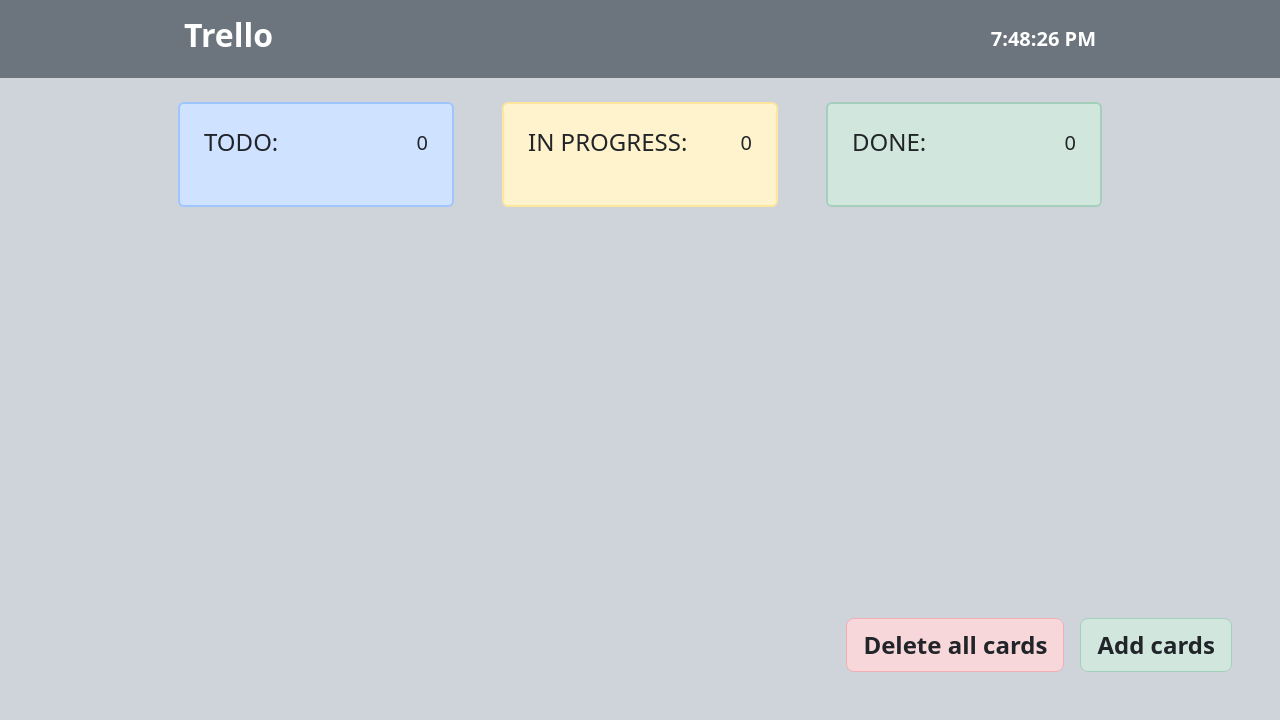
Repository: Valeria154/trello-app-clone
Page: / (app in trello-app-project/)
An editor plug-in stored every save of this project. The page is shown before and after the next save, followed by the edit.
The browser window is 1280 px wide. The pictures show the whole page.
After loading, the first visible `#addCardBtn` was clicked once.
The project was rebuilt for these pictures with package versions that can differ from the ones it lists, and the page was loaded fresh each time. Also part of the build but not shown: trello-app-project/vite.config.js.

Above is the page before, as saved 2025-03-15 20:15:35.
Console error: ReferenceError: toggleModal is not defined

### trello-app-project/src/index.html
<!doctype html>
<html lang="en">

<head>
	<meta charset="UTF-8" />
	<meta name="viewport" content="width=device-width, initial-scale=1.0" />
	<title>Trello</title>
	<script type="module" src="./main.js"></script>
</head>

<body class="bg-dark-subtle">
	<header class="bg-secondary p-3">
		<div class="container d-flex justify-content-between align-items-center mx-autox w-75">
			<h1 class="fs-2 fw-bold text-white">Trello</h1>
			<div class="fs-5 fw-semibold text-white" id="clock"></div>
		</div>
	</header>
	<main class="p-4">
		<div class="container text-center w-75">
			<div class="row align-items-start mb-6 gap-5">
				<!-- TODO -->
				<div class="col border border-primary-subtle border-2 rounded-2 text-dark p-4 bg-primary-subtle">
					<div class="d-flex justify-content-between mb-3">
						<h4>TODO:</h4>
						<div id="todoCount" class="fs-5">0</div>
					</div>
					<div id="todo"></div>
				</div>
				<!-- In progress -->
				<div class="col border border-warning-subtle border-2 rounded-2 text-dark p-4 bg-warning-subtle">
					<div class="d-flex justify-content-between mb-3">
						<h4>IN PROGRESS:</h4>
						<div id="progressCount " class="fs-5">0</div>
					</div>
					<div id="progress"></div>
				</div>
				<!-- Done -->
				<div class="col border border-success-subtle border-2 rounded-2 text-dark p-4 bg-success-subtle">
					<div class="d-flex justify-content-between mb-3">
						<h4>DONE:</h4>
						<div id="doneCount" class="fs-5">0</div>
					</div>
					<div id="done"></div>
				</div>
			</div>
			<div class="d-grid gap-2 d-md-flex justify-content-md-end position-fixed bottom-0 end-0 p-5">
				<button class="btn btn-lg bg-danger-subtle border-danger-subtle me-md-2 fs-4 fw-semibold" type="button"
					id="deleteAllBtn">Delete all
					cards</button>
				<button id="addCardBtn" class="btn btn-lg bg-success-subtle border-success-subtle fs-4 fw-semibold"
					type="button">Add
					cards</button>
			</div>
			<!-- Modal form -->
			<div id="modalFormContainer" class="d-flex justify-content-center align-items-center">
				<!-- <form class="p-4 border rounded bg-light text-start fw-semibold w-50 position-relative">
					<div class="mb-3">
						<label for="titile" class="form-label fs-5">Title</label>
						<input type="text" class="form-control" id="title" placeholder="Enter todo...">
					</div>
					<div class="mb-3">
						<label for="description" class="form-label fs-5">Description</label>
						<textarea class="form-control p-2 rounded-3" id="description" rows="6"
							placeholder="Write description"></textarea>
					</div>
					<div class="mb-3">
						<label for="user" class="form-label fs-5">User </label>
						<select id="user" class="form-select">
							<option selected value="">Choose user</option>
							<option value="Amelia">Amelia</option>
							<option value="Mary">Mary</option>
							<option value="Thomas">Thomas</option>
							<option value="Harry">Harry</option>
							<option value="Susan">Susan</option>
						</select>
					</div>
					<button type="submit" class="btn btn-primary bg-secondary bg-gradient border-secondary">Add card
						TODO</button>
					<button type="button" class="btn-close position-absolute top-0 end-0 me-4 mt-4"
						aria-label="close"></button>
				</form>
			</div> -->
			</div>
	</main>

</body>

</html>

### trello-app-project/src/main.js
import './style.scss'
// import javascriptLogo from './javascript.svg'
// import viteLogo from '/vite.svg'

const clockElement = document.querySelector('#clock')
const addCardElement = document.querySelector('#addCardBtn')
const modalFormElement = document.querySelector('#modalFormContainer')

//функция, которая отражает часы
function showClock() {
	clockElement.textContent = new Date().toLocaleTimeString()
}
setInterval(showClock, 1000)
showClock()

//открытие модального окна
addCardElement.addEventListener('click', handleClickButtonAddCard)

function handleClickButtonAddCard() {
	toggleModal(modalFormElement)
	modalFormElement.innerHTML = buildModalForm()
}

function buildModalForm() {
	return `
				<form class="p-4 border rounded bg-light text-start fw-semibold w-50 position-relative">
					<div class="mb-3">
						<label for="title" class="form-label fs-5">Title</label>
						<input type="text" class="form-control" id="title" placeholder="Enter todo...">
					</div>
					<div class="mb-3">
						<label for="description" class="form-label fs-5">Description</label>
						<textarea class="form-control p-2 rounded-3" id="description" rows="6"
							placeholder="Write description"></textarea>
					</div>
					<div class="mb-3">
						<label for="user" class="form-label fs-5">User </label>
						<select id="user" class="form-select">
							<option selected value="">Choose user</option>
							<option value="Amelia">Amelia</option>
							<option value="Mary">Mary</option>
							<option value="Thomas">Thomas</option>
							<option value="Harry">Harry</option>
							<option value="Susan">Susan</option>
						</select>
					</div>
					<button type="submit" class="btn btn-primary bg-secondary bg-gradient border-secondary">Add card TODO</button>
					<button type="button" class="btn-close position-absolute top-0 end-0 me-4 mt-4" aria-label="close"></button>
				</form>
	`

}

// function handleClickButtonAddTodo() {
// 	toggleModal(formModalElement)
// 	formElement.innerHTML = buildFormModal()
// }

// function buildFormModal() {
// 	return `
// 			  <div class="mb-6 flex flex-col gap-4">
// 					<div class="">
// 						 <label for="title" class="mb-2 block text-sm font-medium text-gray-900"
// 							  >Title</label
// 						 >
// 						 <input
// 							  type="text"
// 							  name="title"
// 							  id="title"
// 							  class="focus:ring-primary-600 focus:border-primary-600 block w-full rounded-lg border border-gray-300 bg-gray-50 p-2.5 text-sm text-gray-900"
// 							  placeholder="Enter todo..."
// 							  required=""
// 						 />
// 					</div>
// 					<div class="">
// 						 <label for="description" class="mb-2 block text-sm font-medium text-gray-900"
// 							  >Description</label
// 						 >
// 						 <textarea
// 							  name="description"
// 							  id="description"
// 							  rows="4"
// 							  class="block w-full resize-none rounded-lg border border-gray-300 bg-gray-50 p-2.5 text-sm text-gray-900 focus:border-blue-500 focus:ring-blue-500"
// 							  placeholder="Write description here"
// 							  required
// 						 ></textarea>
// 					</div>
// 					<div class="">
// 						 <label for="assign-user" class="mb-2 block text-sm font-medium text-gray-900"
// 							  >User</label
// 						 >
// 						 <select
// 							  name="assignUser"
// 							  id="assign-user"
// 							  class="focus:ring-primary-500 focus:border-primary-500 block w-full rounded-lg border border-gray-300 bg-gray-50 p-2.5 text-sm text-gray-900"
// 							  required
// 						 >
// 							  <option selected value="">Choose assign user</option>
// 							  <option value="Adam">Adam</option>
// 							  <option value="Jane">Jane</option>
// 							  <option value="Kate">Kate</option>
// 							  <option value="Mike">Mike</option>
// 						 </select>
// 					</div>
// 			  </div>
// 			  <button type="submit" class="submit-form-btn">
// 					<svg
// 					class="-ms-1 me-1 h-5 w-5"
// 					fill="currentColor"
// 					viewBox="0 0 20 20"
// 					xmlns="http://www.w3.org/2000/svg"
// 					>
// 					<path
// 						 fill-rule="evenodd"
// 						 d="M10 5a1 1 0 011 1v3h3a1 1 0 110 2h-3v3a1 1 0 11-2 0v-3H6a1 1 0 110-2h3V6a1 1 0 011-1z"
// 						 clip-rule="evenodd"
// 					></path>
// 					</svg>
// 					Add todo
// 			  </button>
// 	`
// }

Loaded but not shown: trello-app-project/src/style.scss (common file)

After the next save:
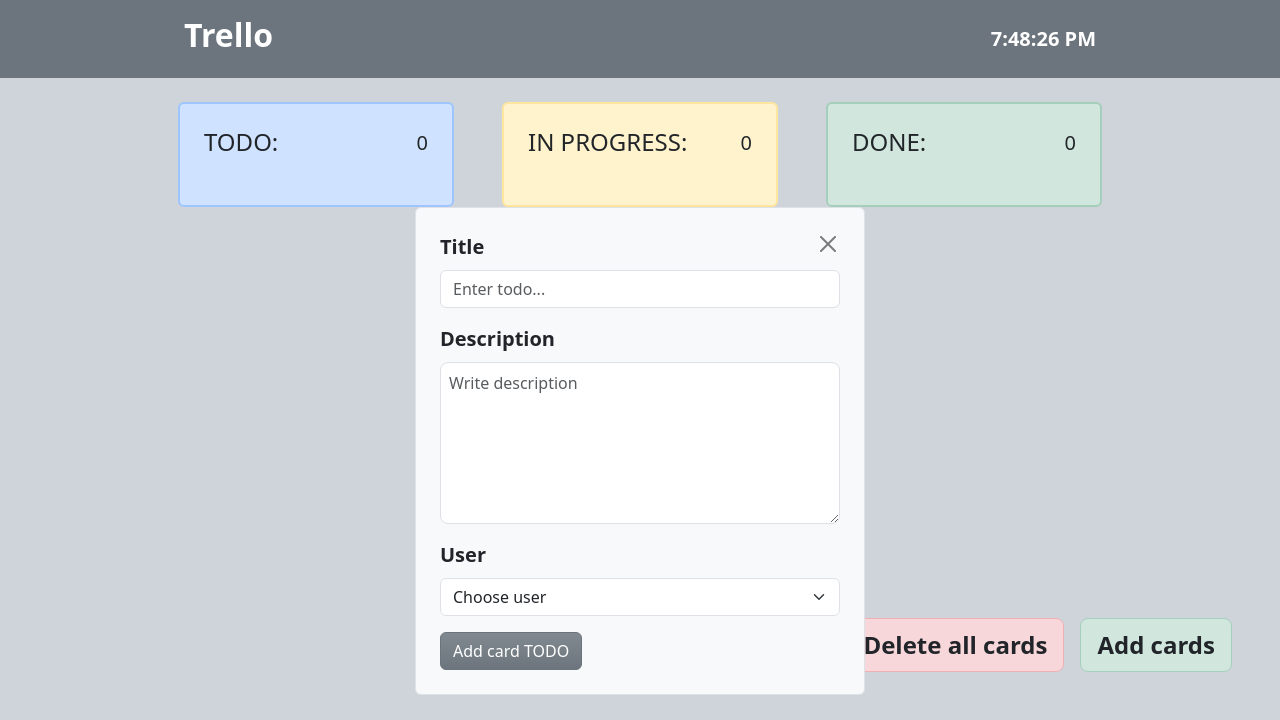
The error is gone.
Saved 100 s later.
--- a/trello-app-project/src/main.js
+++ b/trello-app-project/src/main.js
@@ -21,6 +21,9 @@
 	modalFormElement.innerHTML = buildModalForm()
 }
 
+function toggleModal(modal) {
+	modal.classList.toggle('show'); // Переключает класс "show", отвечающий за видимость
+}
 function buildModalForm() {
 	return `
 				<form class="p-4 border rounded bg-light text-start fw-semibold w-50 position-relative">
